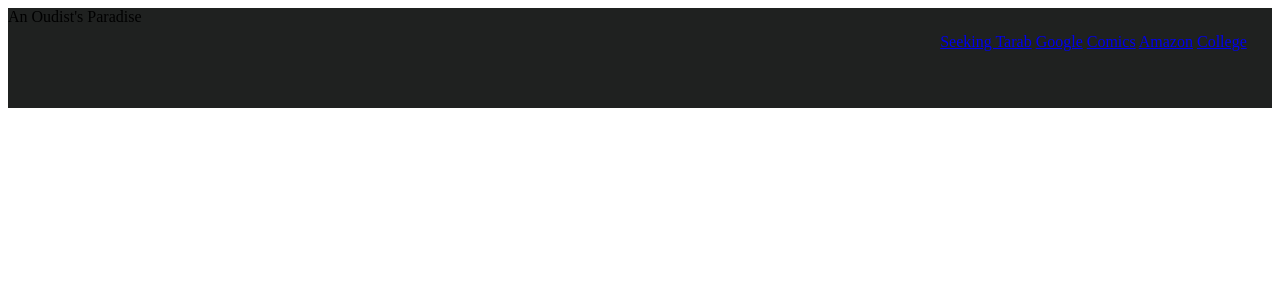
Repository: robvollmar/homework3
Page: index.html
The author's editor kept a record of every edit. The page is drawn from the files as they stood at one moment, then again after the next edit.
The browser window is 1280 px wide. The pictures show the whole page.

Above is the page before.

### index.html
<!DOCTYPE html>
<html>
    <head>
        <link type="text/css" rel="stylesheet" href="stylesheet.css"/>
        <title>An Oudist's Paradise</title>
    </head>
    <body>
        <div class="page">
            <div class="header">
                <div class="headertext">
                An Oudist's Paradise
                </div>

                <div class="headermenu">
                    <a href="http://oudstudent.tumblr.com">Seeking Tarab</a>
                    <a href="http://google.com">Google</a>
                    <a href="http://howlingatthegates.com">Comics</a>
                    <a href="http://amazon.com">Amazon</a>
                    <a href="http://usao.edu">College</a>
                </div>
            </div>
            <div class="body"></div>
            <div class="footer"></div>
        </div>
    </body>
</html>

### stylesheet.css
.page {
    max-width: 1280px;}
.header {
    width: 100%;
    height: 100px;
    background-color: #1F2120;
    }
.headertext {
    width:25%;
    height: 25px;

}
.headermenu {
    width: 12%
    background-color: white;
    height: 25px;
    float: right;
    margin-right: 2%;
        }

After the next edit:
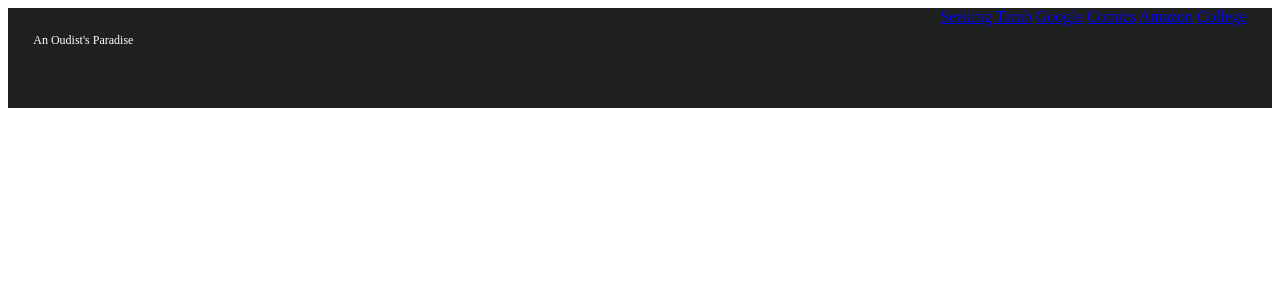
The edit:
--- a/stylesheet.css
+++ b/stylesheet.css
@@ -8,7 +8,12 @@
 .headertext {
     width:25%;
     height: 25px;
-
+    color: white;
+    font-size: 12px;
+    margin-top:25px;
+    margin-bottom:25px;
+    float: left;
+    margin-left: 2%;
 }
 .headermenu {
     width: 12%
